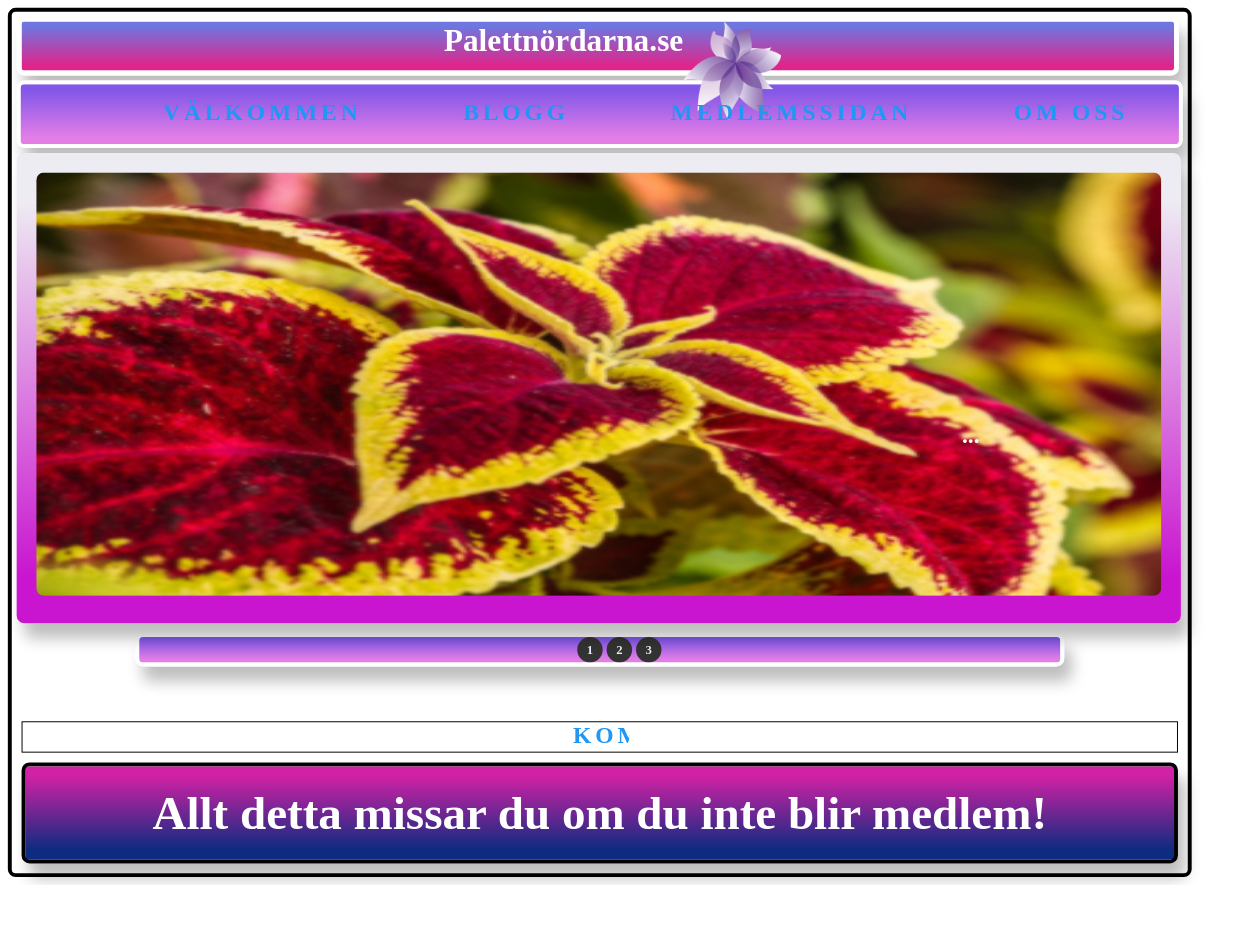
Repository: Webutveckling-20-21/lektion-3-CSS
Page: valkommen.html
An editor plug-in stored every save of this project. The page is shown before and after the next save, followed by the edit.
The browser window is 1280 px wide. The pictures show the whole page, at 98% of full size.
Some web fonts or font styles are not loaded; a fallback is used.

Above is the page before, as saved 2021-10-15 16:26:22.

### valkommen.html
<!DOCTYPE html>
<html lang="en">
<head>
    <meta charset="UTF-8">
    <meta http-equiv="X-UA-Compatible" content="IE=edge">
    <meta name="viewport" content="width=device-width, initial-scale=1.0">
    <link rel="stylesheet" href="style5.css">
    <title>Välkommen palettnördarna</title>
</head>
<body>
   <div class="header">

      <h1>Palettnördarna.se</h1>
      <div class="logo">
          <img src="images/logga1.svg" alt="logga" class="logo-img">
      </div>

  </div>

  <ul class="navbar">

      <li class="nav-list">
        <li>
        <a href="valkommen.html"> välkommen</a></li>
        <li>
          <a href="blogg.html">Blogg</a>
      </li>
      <li><a href="medlemssidan.html">Medlemssidan</a></li>
      <li><a href="om oss.html">Om oss</a></li>

  </ul>
  <div class="slider-wrapper">
   <div class="slider">
     <input type="radio" name="slider" class="trigger" id="one" checked="checked" />
     <div class="slide">
       <figure class="slide-figure">
         <img class="slide-img" src="images/col2bild1.jpg" />
         <figcaption class="slide-caption"><p>...</p></figcaption>
       </figure><!-- .slide-figure -->
     </div><!-- .slide -->
     <input type="radio" name="slider" class="trigger" id="two" />
     <div class="slide">
       <figure class="slide-figure">
         <img class="slide-img" src="images/col11bild2.jpg" />
         <figcaption class="slide-caption"><p>...</p></figcaption>
       </figure><!-- .slide-figure -->
     </div><!-- .slide -->
     <input type="radio" name="slider" class="trigger" id="three" />
     <div class="slide">
       <figure class="slide-figure">
         <img class="slide-img" src="images/col6bild3.jpg" />
         <figcaption class="slide-caption"><p>...</p></figcaption>
       </figure><!-- .slide-figure -->
     </div><!-- .slide -->
   </div><!-- .slider -->
   <div class="slider-counter">
   <ul class="slider-nav">
     <li class="slider-nav__item"><label class="slider-nav__label" for="one">1</label></li>
     <li class="slider-nav__item"><label class="slider-nav__label" for="two">2</label></li>
     <li class="slider-nav__item"><label class="slider-nav__label" for="three">3</label></li>
   </ul>

  </div>
  <br> <br> <br>

 </div>

 <br>
 <br>
 <br>
 <br>
 <br>
 <div class="light-buttons">
  <a href="#">
    <span>Välkommna</span>
    <span></span>
    <span></span>
    <span></span>

</a>

</div>
     <footer class="footer-place"> Allt detta missar du om du inte blir medlem!</footer>

</body>
</html>

### style5.css
@import url('https://fonts.googleapis.com/css2?family=Grechen+Fuemen&display=swap');
@import url('https://fonts.googleapis.com/css2?family=Roboto&display=swap');
@import url('https://fonts.googleapis.com/css2?family=Merriweather:wght@700&display=swap');

body {
    font-family: 'Grechen Fuemen', cursive;
    font-weight: bolder;
    border: 4px solid black;
    border-radius: 8px;
    max-width: 1200px;
}

.header {
    display: flex;
    width: 98%;
    height: 50px;
    border: 5px solid white;
    background: linear-gradient(to bottom, #6f76df 10%, #df258b 90%);
    box-shadow: 7.6px 15.2px 15.2px hsl(0deg 0% 0% / 0.26);
    border-radius: 8px;
    justify-content: center;
    margin: 5px;
}

.header h1 {
    margin-top: 1px;
    flex-wrap: wrap;
    font-size:2rem;
    color:white;
    margin-left: 50px;
    z-index: 2;

}

.logo-img {
    border: 0px;
    max-width: 100px;
        margin-right: 20px;

}

.navbar {
   width: auto;
   height: auto;
   display: flex;
   align-items: center;
   justify-content: space-around;
   background-color: #eed9f8;
   margin: 5px;
   border-radius: 8px;
   flex-wrap: wrap;
}

ul {
   list-style-type: none;
   flex-wrap: wrap;
   margin-left: 5;
   margin-right: 5;
   padding: 10;
   width: 90%;
   height: auto;
   overflow: hidden;
   border: 4px solid white;
   background: linear-gradient(to bottom, #8257e7 10%, #e47ee7 90%);
   box-shadow: 7.6px 15.2px 15.2px hsl(0deg 0% 0% / 0.26);
}

.nav-list {
   margin: 5px;
   flex-wrap: wrap;
}

a {
   text-decoration: none;
   font-size: 2rem;
   color: rgb(250, 244, 250);
}

a:hover {
   color: rgb(100, 59, 212);
}



/*img>.slide-img{

   height: 100%;
   width: auto;
   height: auto;
   box-shadow: 7.6px 15.2px 15.2px hsl(0deg 0% 0% / 0.26);
   padding:10px;
}*/
img .slide-image{
   max-width: 95%;
   max-height: auto;
   vertical-align: middle;
   border: radius 20px;
   margin-bottom: 5px;

 }

 .trigger {
   display: none;
 }

 .slider, .slider-wrapper {
   position: relative;
   height: 250px;
 }

 .slide {
  background: linear-gradient(to bottom, #eeecf3 10%, #c915cf 90%);
  box-shadow: 7.6px 15.2px 15.2px hsl(0deg 0% 0% / 0.26);
   width: 99%;
   overflow: hidden;
   position: absolute;
   height: 100%;
   left: 0;
   top: 0;
   z-index: 5000;
   opacity: 0;
   transition: opacity .5s ease-in-out;
   border-radius: 8px;
   margin-left:5px;

 }

 .slide-img {
   filter: brightness(100%);
   object-fit: fill;
   display: block;
   margin:  0  auto;
   border-radius: 8px;


 }
 .slider-counter {
   display:flex;
   justify-content:center;
  margin-top: 5px;

 }

 .slide-figure {
   display:flex;
   justify-content:center;
   height: 90%;
   position: relative;
   margin: 10px;
   padding: 10px;


 }

 .slide-caption {
   position: absolute;
   bottom: 30%;
   width: calc(100% - 1rem);
   color: white;
   text-align: center;
   left: 50%;
 }

 .trigger:checked + .slide {
   z-index: 6000;
   opacity: 1;
 }

 .slider-nav {
   width: 75%;
   text-align: center;
   margin: 1rem 0;
   margin:5px;
   border-radius:8px;
 }

 .slider-nav__item {
   display: inline-block;
 }

 .slider-nav__label {

   font-size: 13px;
   background-color: #333;
   display: block;
   height: 2em;
   line-height: 2em;
   width: 2em;
   text-align: center;
   border-radius: 50%;
   color: rgb(235, 237, 241);
   cursor: pointer;
   transition: background-color .25s, color .25s ease-in-out;

 }

 .slider-nav__label:hover,
 .slider-nav__label:active,
 .slider-nav__label:focus {
   background-color: rgb(218, 20, 125);
   color: black;
 }

 .light-buttons{
   border: 1px solid black;
   margin:10px;
   color:black;
   display:flex;
   justify-content:center;
 }
 a{
    position: relative;
    display: inline-block;
    padding: 15px 30px;
    color: #2196F3;
    text-transform: uppercase;
    letter-spacing: 4px;
    text-decoration: none;
    font-size: 24px;
    overflow: hidden;
    transition: 0.2s;
}
a:hover
{
    color: #255784;
    background: #2196F3;
    transition-delay: 1s;
    box-shadow: 0 0 10px #2196F3, 0 0 40px #2196F3, 0 0 80px #2196F3;
}
a span
{
    position: absolute;
    display: block;
}
a span:nth-child(1)
{
    top: 0;
    left: -100%;
    width: 100%;
    height: 2px;
    background: linear-gradient(90deg,transparent,#2196F3);
}
a:hover span:nth-child(1)
{
    left: 100%;
    transition: 1s;
}
a span:nth-child(3)
{
    bottom: 0;
    right: -100%;
    width: 100%;
    height: 2px;
    background: linear-gradient(270deg,transparent,#2196F3);
}
a:hover span:nth-child(3)
{
    right: 100%;
    transition: 1s;
    transition-delay: 0.5s;
}
a span:nth-child(2)
{
    top: -100%;
    right: 0;
    width: 2px;
    height: 100%;
    background: linear-gradient(180deg,transparent,#2196F3);
}
a:hover span:nth-child(2)
{
    top: 100%;
    transition: 1s;
    transition-delay: 0.25s;
}
a span:nth-child(4)
{
    bottom: -100%;
    left: 0;
    width: 2px;
    height: 100%;
    background: linear-gradient(360deg,transparent,#2196F3);
}
a:hover span:nth-child(4)
{
    bottom: 100%;
    transition: 1s;
    transition-delay: 0.75s;
}
.footer-place {
    padding: 20px;
    margin: 10px;
    border: 4px solid black;
    background: linear-gradient(180deg, #d121a5 10%, #0d2b80 90%);
    box-shadow: 7.6px 15.2px 15.2px hsl(0deg 0% 0% / 0.26);
    border-radius: 8px;
    font-size: 3rem;
    text-align: center;
    color: white;
}

/* Portrait and Landscape */
@media only screen and (min-device-width: 320px) and (max-device-width: 480px) and (-webkit-min-device-pixel-ratio: 2) {}
@media only screen and (min-width: 1024px) {
   .slider, .slider-wrapper {
     height: 480px;
   }

   .slide-caption {
     width: 65%;
     font-size: 1.5rem;
   }
 }

 @media only screen and (max-width: 1200px) and (min-width: 768px) {
   .slider, .slider-wrapper {
     height: 360px;
   }

   .slide-caption {
     width: 75%;
     font-size: 1.25rem;
   }
 }

 @media only screen and (min-width: 768px) {
   body{
    @media (min-width: 481px) and (max-width: 1200px) {

      /* CSS */

    }
   }
   .slide-img {
     width: 100%;
     height: auto;
   }
 }

After the next save:
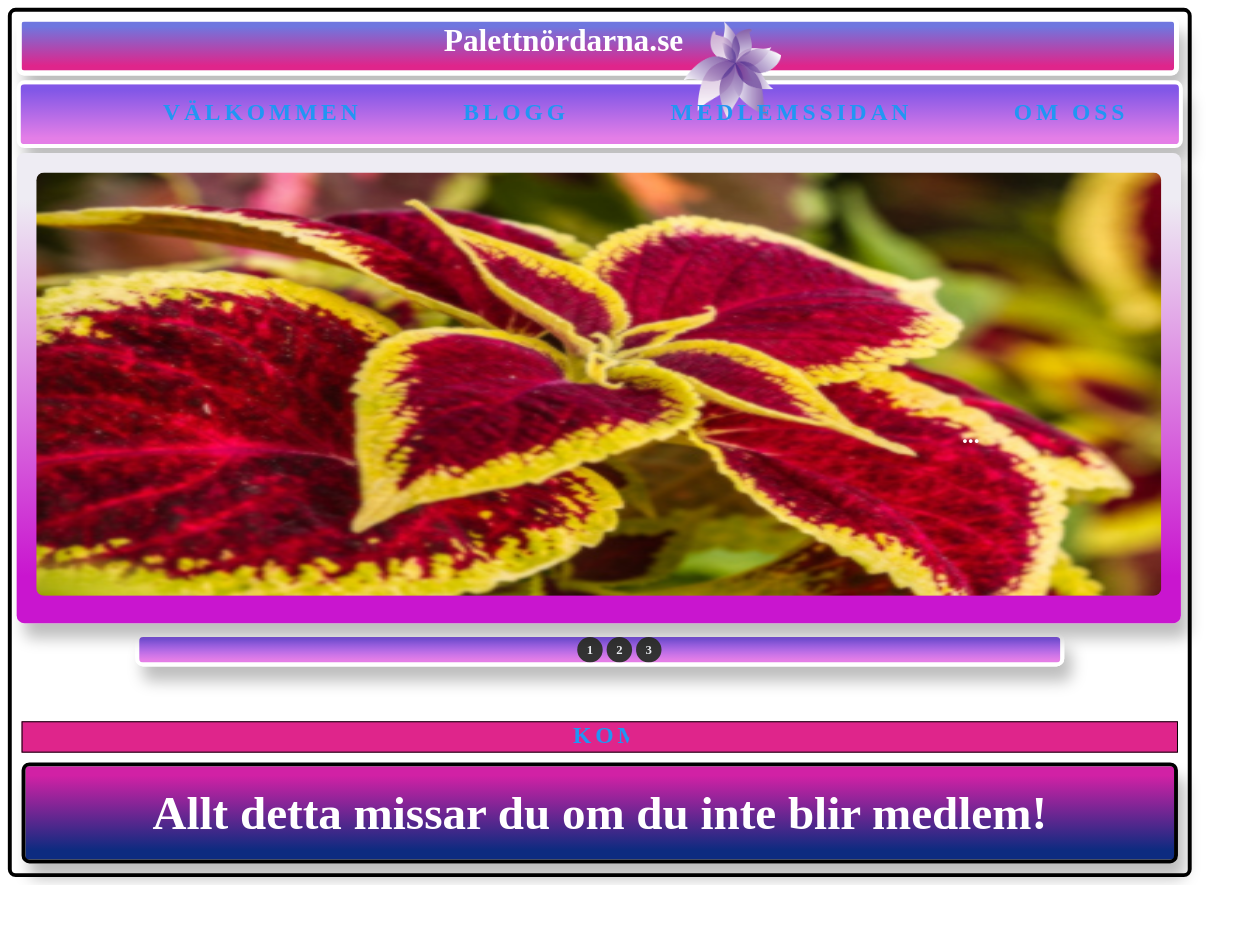
Saved 42 s later.
--- a/style5.css
+++ b/style5.css
@@ -207,6 +207,7 @@ img .slide-image{
    color:black;
    display:flex;
    justify-content:center;
+   background-color: #df258b;
  }
  a{
     position: relative;
